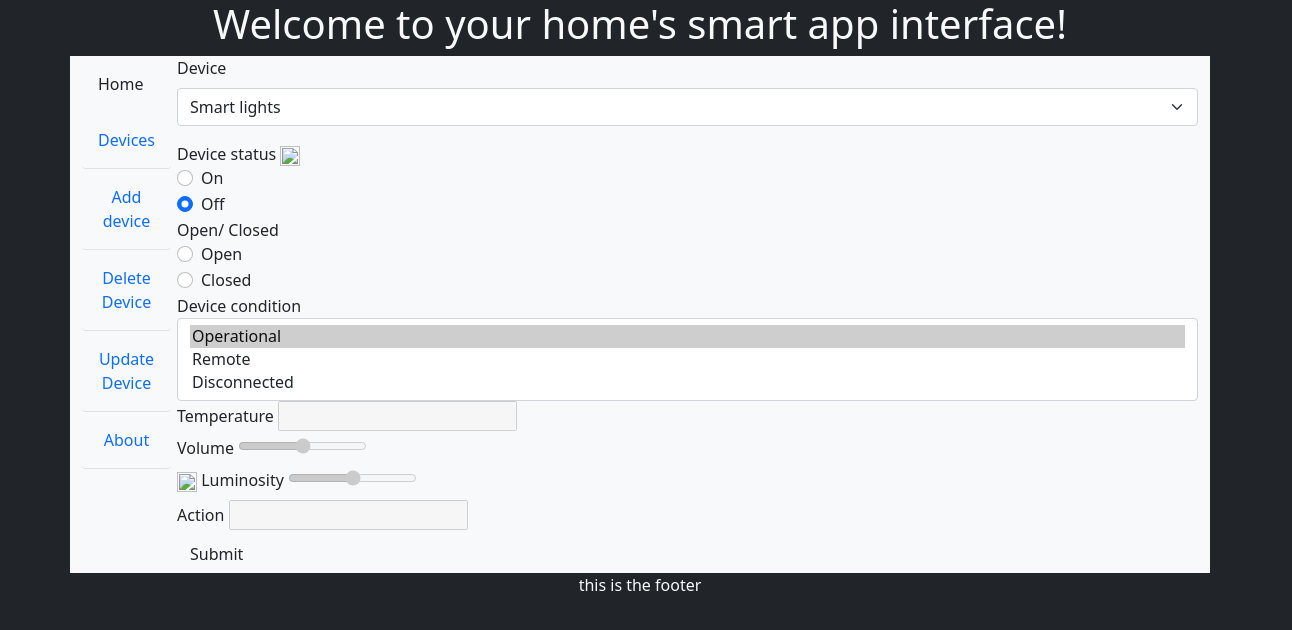
Repository: St-34-lth/stoopid_home
Page: http://localhost/addDevice
These files come from the project's save history. The page is drawn as it stood at one moment and after the next save; the edit follows.
The browser window is 1280 px wide. The page is 1292 px wide, so the pictures cover 1292 px, including what lies to the right of the window. The pictures show the whole page.
The page is served by the project's Node server (index.js).

Above is the page before, as saved 2022-01-15 20:16:21.
Console error: TypeError: Cannot set properties of null (setting 'src')

### views/addDevice.html


<%- include('templates/base', {title: title, content:content}) %>

### views/templates/base.ejs
<!DOCTYPE html>
<html lang="en">
<head>

          <!--  meta tags -->
          <meta charset="utf-8">
          <meta http-equiv="X-UA-Compatible" content="IE=edge">
          <meta name="viewport" content="width=device-width, initial-scale=1">

          <%- include('scripts',{}) %>


          <title>
                    <%= title %>
          </title>


</head>


<body class='bg-dark'>
          <header>
                    <%-include('header', {}) %>

          </header>


         <!-- navbar -->


          <main>
          <div class='container'>
          <div class='row bg-light text-dark '>
                    <div class='col-lg-1' >
                    <%- include('navbar', {}) %>


                    </div>

                    <% if(content.home){ %>
                          <div class='col text-center'>
                              <%- content.main %>
                    </div>
                    <% }else if(content.about){ %>
                              <div class='col text-center'>
                              <%- content.main %>
                    </div>
                    <% }else if(content.devicePage){ %>
                              <!-- <%= content.main %> -->

                              <%- include('deviceList', {devices:content.deviceListItems}) %>

                    <% }else if(content.updDevice){ %>
                              <!-- <%= content.main %> -->

                              <%- include('update', {devices:content.deviceListItems,availableDevices:content.availableDevices}) %>

                    <% }else if(content.addDevice){ %>

                    <%- include('add', {availableDevices:content.availableDevices,
                                                  scripts:content.scripts,
                                                  deviceAssets:content.deviceAssets,
                                                  optionAssets:content.optionAssets}) %>

                    <% }else if(content.delDevice){ %>
                              <!-- <%= content.main %> -->
                              <%- include('del', {devices:content.deviceListItems}) %>

                    <% }else { %>
                              <%- include('error', {}) %>
                    <% } %>


          </div>
          </div>
          </main>

          <footer>
                    <%-include('footer', {}) %>
          </footer>

</body>



</html>

### views/templates/scripts.ejs
<link href="https://cdn.jsdelivr.net/npm/bootstrap@5.1.3/dist/css/bootstrap.min.css" rel="stylesheet"
          integrity="sha384-1BmE4kWBq78iYhFldvKuhfTAU6auU8tT94WrHftjDbrCEXSU1oBoqyl2QvZ6jIW3" crossorigin="anonymous">
<!-- JavaScript Bundle with Popper -->
<script src="https://cdn.jsdelivr.net/npm/bootstrap@5.1.3/dist/js/bootstrap.bundle.min.js"
          integrity="sha384-ka7Sk0Gln4gmtz2MlQnikT1wXgYsOg+OMhuP+IlRH9sENBO0LRn5q+8nbTov4+1p"
          crossorigin="anonymous"></script>

<link rel='stylesheet' href="/styles/styles.css">
<script  src="/scripts/scripts.js"></script>

### views/templates/header.ejs
<div class='row justify-content-center' >
          <div class='col-lg text-light bg-dark text-center'>
                    <h1>Welcome to your home's smart app interface!</h1>
          </div>
</div>

### views/templates/navbar.ejs
<div class="d-flex flex-column flex-shrink-0 bg-light " style="width: 4.5rem;">
          <a href="/" class="d-block p-3 link-dark text-decoration-none" title="" data-bs-toggle="tooltip"
                    data-bs-placement="right" data-bs-original-title="Icon-only">
                    Home
          </a>
          <ul class="nav nav-pills nav-flush flex-column mb-auto text-center">
                    <li class="nav-item">
                              <a href="/devices" class="nav-link py-3 border-bottom" aria-current="page" title=""
                                        data-bs-toggle="tooltip" data-bs-placement="right"
                                        data-bs-original-title="Home">
                                        Devices
                              </a>
                    </li>
                    <li>
                              <a href="/addDevice" class="nav-link py-3 border-bottom" title="" data-bs-toggle="tooltip"
                                        data-bs-placement="right" data-bs-original-title="Dashboard">
                                        Add device
                              </a>
                    </li>
                    <li>
                              <a href="/delDevice" class="nav-link py-3 border-bottom" title="" data-bs-toggle="tooltip"
                                        data-bs-placement="right" data-bs-original-title="Orders">
                                        Delete Device
                              </a>
                    </li>
                    <li>
                              <a href="/updDevice" class="nav-link py-3 border-bottom" title="" data-bs-toggle="tooltip"
                                        data-bs-placement="right" data-bs-original-title="Products">
                                        Update Device
                              </a>
                    </li>
                    <li>
                              <a href="/about" class="nav-link py-3 border-bottom" title="" data-bs-toggle="tooltip"
                                        data-bs-placement="right" data-bs-original-title="about">
                                        About
                              </a>
                    </li>

          </ul>

</div>

### views/templates/add.ejs
<div class='col-lg' >

<script>
addEventListener('DOMContentLoaded',eventHandler,{'once':true})
</script>

<form id="registerDevice" method='post' name="registerDevice" action='registerDevice'>


          <!-- Device name -->


                    <label class='form-label text-dark ' for='deviceName'>Device</label>
                    <select onchange='addPageEventListener(event,availableDevices,optionAssets)' id="selectDeviceName" name='deviceName' class="form-select form-select-md mb-3">
                              <% availableDevices.forEach((device,index) =>  { %>
                              <option id="<%= index %>"><%= device.name %></option>

                              <% }) %>
                              </select>




          <!-- Status -->
                    <label class='text-dark form label' for='status'>Device status</label>
                    <img id='luminosityImage' class='optSVG' type='svg' src="">
                    <div class="form-check">
                              <input class="form-check-input property" type="radio" name="status" id="deviceOn" value="1" >
                              <label class="form-check-label" for="flexRadioDefault1">
                                        On
                              </label>
                    </div>
                    <div class="form-check">
                              <input class="form-check-input property" type="radio" name="status" id="deviceOff" value="0" checked>
                              <label class="form-check-label" for="flexRadioDefault2">
                                        Off
                              </label>
                    </div>
          <!-- Openclosed -->
          <div id='opencloseContainer'>
                    <label class='text-dark form label' for='status'>Open/ Closed</label>
                    <div class="form-check">
                              <input class="form-check-input property" type="radio" name="openclose" id="deviceOpen" value="1">
                              <label class="form-check-label" for="flexRadioDefault1">
                                        Open
                              </label>
                    </div>
                    <div class="form-check">
                              <input class="form-check-input property" type="radio" name="openclose" id="deviceClosed" value="0" >
                              <label class="form-check-label" for="flexRadioDefault2">
                                        Closed
                              </label>
                    </div>
          </div>
          <!-- Condition -->
                    <label for="condition">Device condition</label>
                    <select id="deviceCondition" name="condition" class="form-select property" size="3" aria-label="size 3 select">
                              <option selected>Operational</option>
                              <option value="Remote">Remote</option>
                              <option value="Disconnected">Disconnected</option>

                    </select>
          <!-- Temperature -->
                    <label for="temperature" class="form-label">Temperature</label>
                    <input class='property' disabled type="text" id="deviceTemperature" name="temperature" defaultValue="">

          <!-- Volume -->

                    <div id="volumeContainer">
                    <label class='form-label text-dark' for='volume'>Volume</label>
                    <input onchange="updateVolumeEventListener(this)" class='property'disabled id="deviceVolume"type="range" min="0" max="100" step="1" defaultValue="null"value=""name="volume">
                              <span id="volumeValueContainer"></span>
                    </div>
          <!-- Luminosity -->
          <div id="luminosityContainer">
          <img id='luminosityImage' class='optSVG' type='svg'src="">
                    <label class='form-label text-dark' for='luminosity'>Luminosity</label>
                    <input onchange="updateLuminosityEventListener(this)" class='property' disabled id="deviceLuminosity" type="range"
                              min="0" max="100" step="1" defaultValue="null" value="" name="luminosity">
                    <span id="luminosityValueContainer"></span>

          </div>
          <!-- Action -->
          <div id="actionContainer">
          <label for="action" class="form-label">Action</label>
          <input class='property' disabled type="text" id="deviceAction" name="action" defaultValue="">
          </div>


                    <div id="error"></div>
          <button form="registerDevice" onClick='validateRegisterForm(availableDevices)' class="btn btn-submit" type="button">Submit</button>
</form>

<script>
var availableDevices = '<%- JSON.stringify(availableDevices) %>'
var deviceAssets = '<%- JSON.stringify(deviceAssets) %>'
var optionAssets = '<%- JSON.stringify(optionAssets) %>'
</script>

<!-- is this necessary? -->
<% if(content.error) {%>
          <script>window.alert('error')</script>
<% } %>
</div>

### views/templates/footer.ejs
<div class='row justify-content-center'>
          <div class='text-center col-lg bg-dark'>
                    <span class='text-light'>this is the footer</span>
          </div>
</div>

### index.js
const express = require('express')

const mysql = require('mysql')
const bodyParser = require('body-parser')
const ejs = require('ejs')
const path = require('path')
const app = express()
const port = 8089
const ejsLint = require('ejs-lint')
const db = mysql.createConnection({
          host: 'localhost',
          user: 'root',
          password: '1337ub3r',
          database: 'home'})

db.connect((err) => {
          if(err)
          {
                    console.log(err);
                    throw err
          }
          else
          {
                    console.log('Connected to database');
          }})

global.db = db

app.set('views',__dirname+'/views')
app.set('view engine','ejs')
app.engine('html',ejs.renderFile)

app.use(express.static('public'))
app.use(bodyParser.urlencoded({extended: false}))

const homeController = require('./routes/main.js')

app.use('/',homeController)
app.listen(port,() => console.log(`listening on port ${port}!`));

### public/styles/styles.css
html,body {

          width:100%;
}

.hidden{
          display:none;
}

.wrongInput
{


}
.optSVG{
          height:20px;
          width:20px;
}

Loaded but not shown: public/svgs/switch-svgrepo-com.svg (41 lines, source omitted); routes/main.js (558 lines, source omitted); public/scripts/scripts.js (369 lines, source omitted)

After the next save:
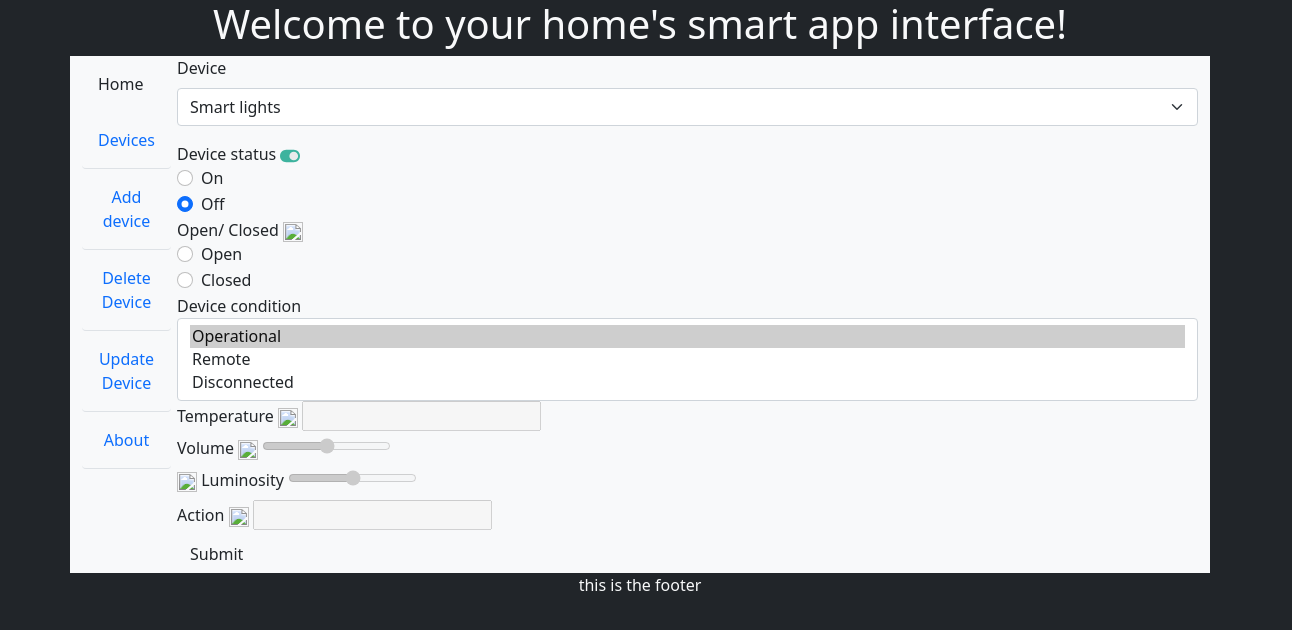
Saved 15 h 37 min later.
--- a/views/templates/add.ejs
+++ b/views/templates/add.ejs
@@ -23,7 +23,7 @@ addEventListener('DOMContentLoaded',eventHandler,{'once':true})
 
           <!-- Status -->
                     <label class='text-dark form label' for='status'>Device status</label>
-                    <img id='luminosityImage' class='optSVG' type='svg' src="">
+                    <img id='statusImage' class='optSVG' type='svg' src="">
                     <div class="form-check">
                               <input class="form-check-input property" type="radio" name="status" id="deviceOn" value="1" >
                               <label class="form-check-label" for="flexRadioDefault1">
@@ -39,6 +39,7 @@ addEventListener('DOMContentLoaded',eventHandler,{'once':true})
           <!-- Openclosed -->
           <div id='opencloseContainer'>
                     <label class='text-dark form label' for='status'>Open/ Closed</label>
+                    <img id='openclosedImage' class='optSVG' type='svg' src="">
                     <div class="form-check">
                               <input class="form-check-input property" type="radio" name="openclose" id="deviceOpen" value="1">
                               <label class="form-check-label" for="flexRadioDefault1">
@@ -54,6 +55,7 @@ addEventListener('DOMContentLoaded',eventHandler,{'once':true})
           </div>
           <!-- Condition -->
                     <label for="condition">Device condition</label>
+
                     <select id="deviceCondition" name="condition" class="form-select property" size="3" aria-label="size 3 select">
                               <option selected>Operational</option>
                               <option value="Remote">Remote</option>
@@ -62,12 +64,14 @@ addEventListener('DOMContentLoaded',eventHandler,{'once':true})
                     </select>
           <!-- Temperature -->
                     <label for="temperature" class="form-label">Temperature</label>
+                    <img id='temperatureImage' class='optSVG' type='svg' src="">
                     <input class='property' disabled type="text" id="deviceTemperature" name="temperature" defaultValue="">
 
           <!-- Volume -->
 
                     <div id="volumeContainer">
                     <label class='form-label text-dark' for='volume'>Volume</label>
+                    <img id='volumeImage' class='optSVG' type='svg' src="">
                     <input onchange="updateVolumeEventListener(this)" class='property'disabled id="deviceVolume"type="range" min="0" max="100" step="1" defaultValue="null"value=""name="volume">
                               <span id="volumeValueContainer"></span>
                     </div>
@@ -83,6 +87,7 @@ addEventListener('DOMContentLoaded',eventHandler,{'once':true})
           <!-- Action -->
           <div id="actionContainer">
           <label for="action" class="form-label">Action</label>
+          <img id='actionImage' class='optSVG' type='svg' src="">
           <input class='property' disabled type="text" id="deviceAction" name="action" defaultValue="">
           </div>
 
